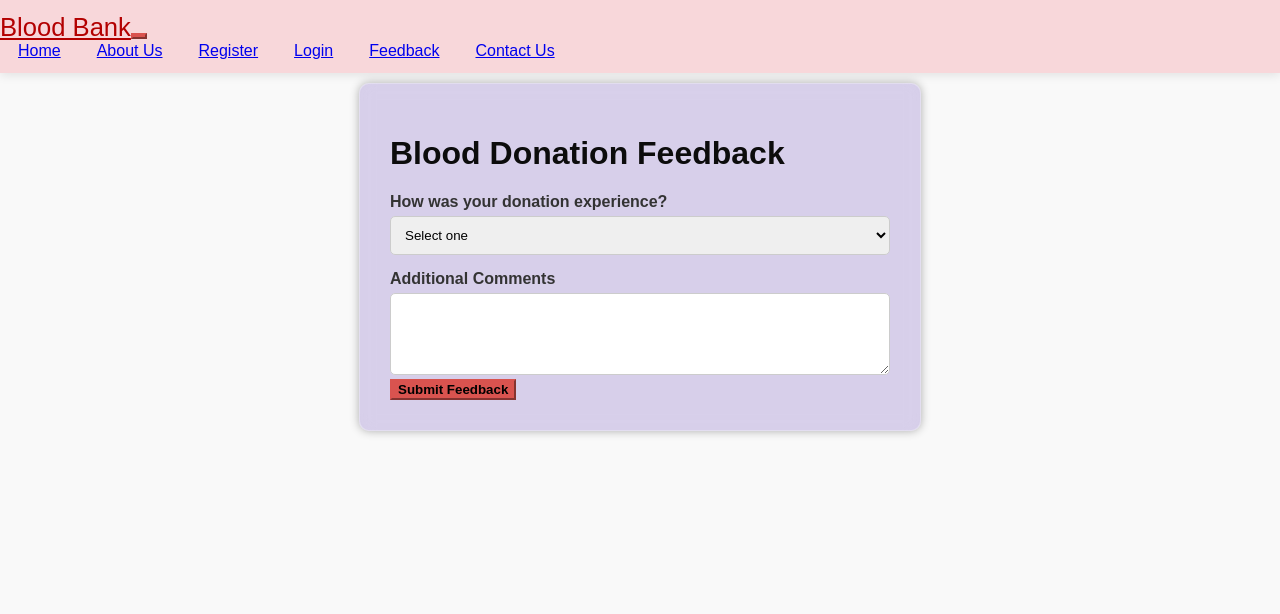
Repository: krismehta02/MINI-PROJECT-MAY
Page: /feedback (app in blood-donation-frontend/)
The author's editor kept a copy of each file at every save. The page is drawn from the files as they stood at one save, then again after the next save.
The browser window is 1280 px wide. The pictures show the whole page.
The project was rebuilt for these pictures with package versions that can differ from the ones it lists, and the page was loaded fresh each time. Also part of the build but not shown: blood-donation-frontend/vite.config.js, blood-donation-frontend/src/pages/Home.jsx, blood-donation-frontend/src/pages/AboutUs.jsx, blood-donation-frontend/src/pages/Register.jsx, blood-donation-frontend/src/pages/Login.jsx, blood-donation-frontend/src/pages/ContactUs.jsx, blood-donation-frontend/src/pages/PatientDashboard.jsx, blood-donation-frontend/src/pages/DonorDashboard.jsx.

Above is the page before, as saved 2025-05-12 08:32:37.

After the next save:
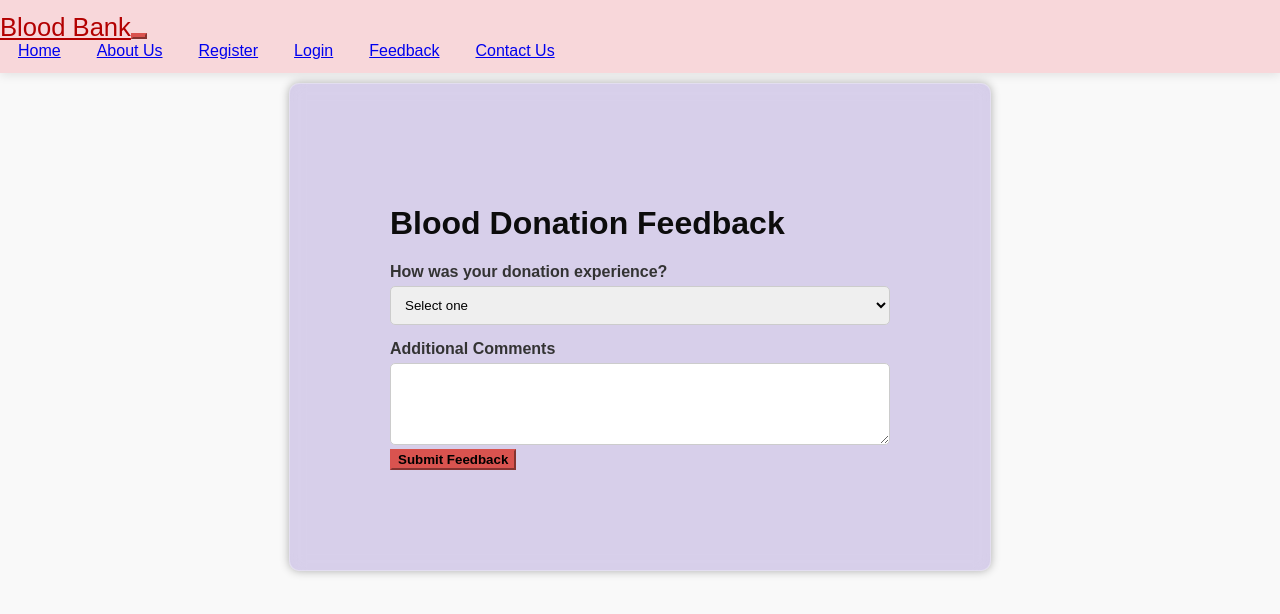
Saved 38 s later.
--- a/blood-donation-frontend/src/Feedback.css
+++ b/blood-donation-frontend/src/Feedback.css
@@ -3,7 +3,7 @@
     backdrop-filter: blur(8px);
     border: 1px solid rgba(255, 255, 255, 0.3);
     box-shadow: 0 0 10px rgba(0, 0, 0, 0.3);
-    padding: 30px;
+    padding: 100px;
     max-width: 500px;
     margin: 10px auto;
     border-radius: 10px;
